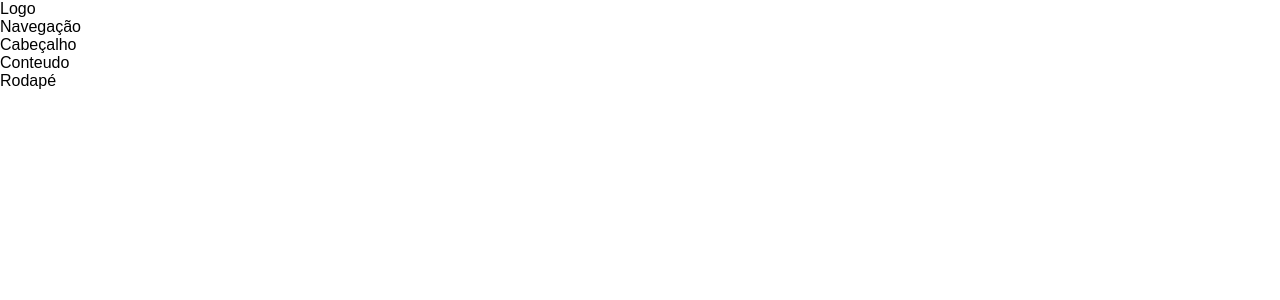
Repository: eversonps/projeto-cadastro-usuarios-firebase
Page: / (app in frontend/)
An editor plug-in stored every save of this project. The page is shown before and after the next save, followed by the edit.
The browser window is 1280 px wide. The pictures show the whole page.
The project was rebuilt for these pictures with package versions that can differ from the ones it lists, and the page was loaded fresh each time. Also part of the build but not shown: frontend/src/components/template/logo.css, frontend/src/components/template/nav.css, frontend/src/components/template/header.css, frontend/src/components/template/footer.css.

Above is the page before, as saved 2022-03-21 17:25:48.

After the next save:
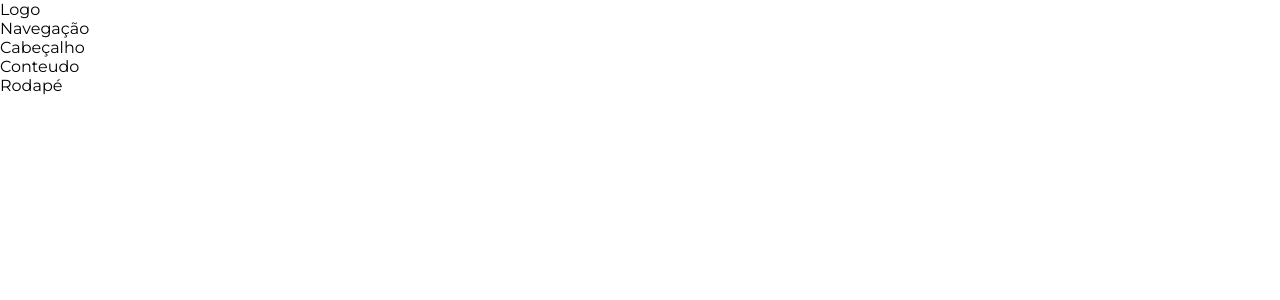
Saved 19 s later.
--- a/frontend/src/main/app.css
+++ b/frontend/src/main/app.css
@@ -12,5 +12,5 @@
 
 * {
     box-sizing: border-box;
-    font-family: "Mont-serrat", sans-serif;
+    font-family: 'Montserrat', sans-serif;
 }
